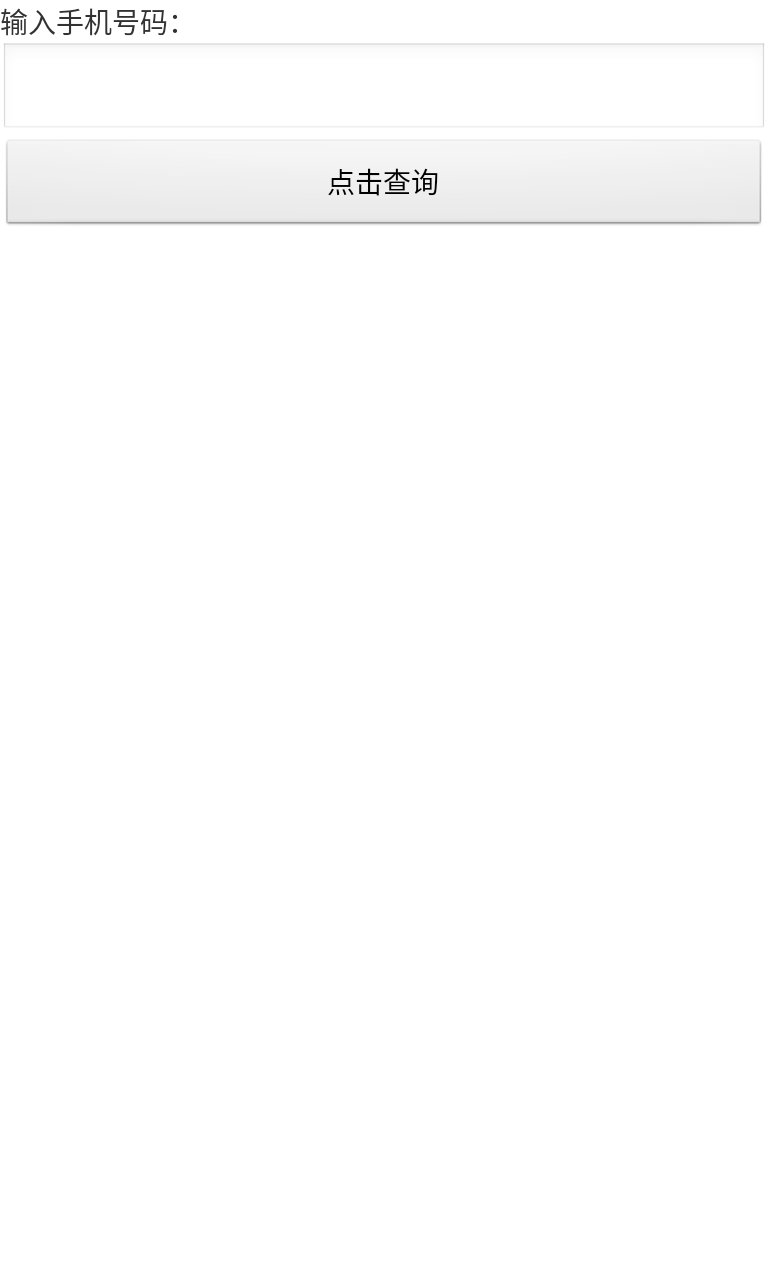
Repository: CrowleyLucky/AndroidLearningNotes
Layout: 15_MobileNumberQuery/res/layout/activity_main.xml
These files come from the project's save history. The layout is drawn as it stood at one moment and after the next save; the edit follows.
It is drawn on a 768 x 1280 px phone screen (xhdpi) without system bars, with theme AppTheme; the app's code is not run.

Above is the layout before, as saved 2014-02-28 08:10:03.

### 15_MobileNumberQuery/res/layout/activity_main.xml
<LinearLayout xmlns:android="http://schemas.android.com/apk/res/android"
    xmlns:tools="http://schemas.android.com/tools"
    android:layout_width="match_parent"
    android:layout_height="match_parent"
    android:orientation="vertical"
    tools:context=".MainActivity" >

    <TextView
        android:layout_width="wrap_content"
        android:layout_height="wrap_content"
        android:text="@string/prompt" />
    <EditText
        android:layout_width="match_parent"
        android:layout_height="wrap_content"
        android:inputType="numberSigned"
        android:id="@+id/tel"/>
    <Button
        android:layout_width="match_parent"
        android:layout_height="wrap_content"
        android:id="@+id/queryButton"
        android:text="@string/click_query"        />
    <TextView
        android:layout_height="wrap_content"
        android:layout_width="match_parent"
        android:gravity="center"
        android:id="@+id/belonging"
        android:textSize="15pt"/>

</LinearLayout>

### 15_MobileNumberQuery/res/values/strings.xml
<?xml version="1.0" encoding="utf-8"?>
<resources>

    <string name="app_name">手机归属地查询</string>
    <string name="action_settings">Settings</string>
    <string name="prompt">输入手机号码：</string>
    <string name="empty_tel">请填写电话号码！</string>
    <string name="click_query">点击查询</string>

</resources>

Loaded but not shown: 15_MobileNumberQuery/res/values/styles.xml (common file)

After the next save:
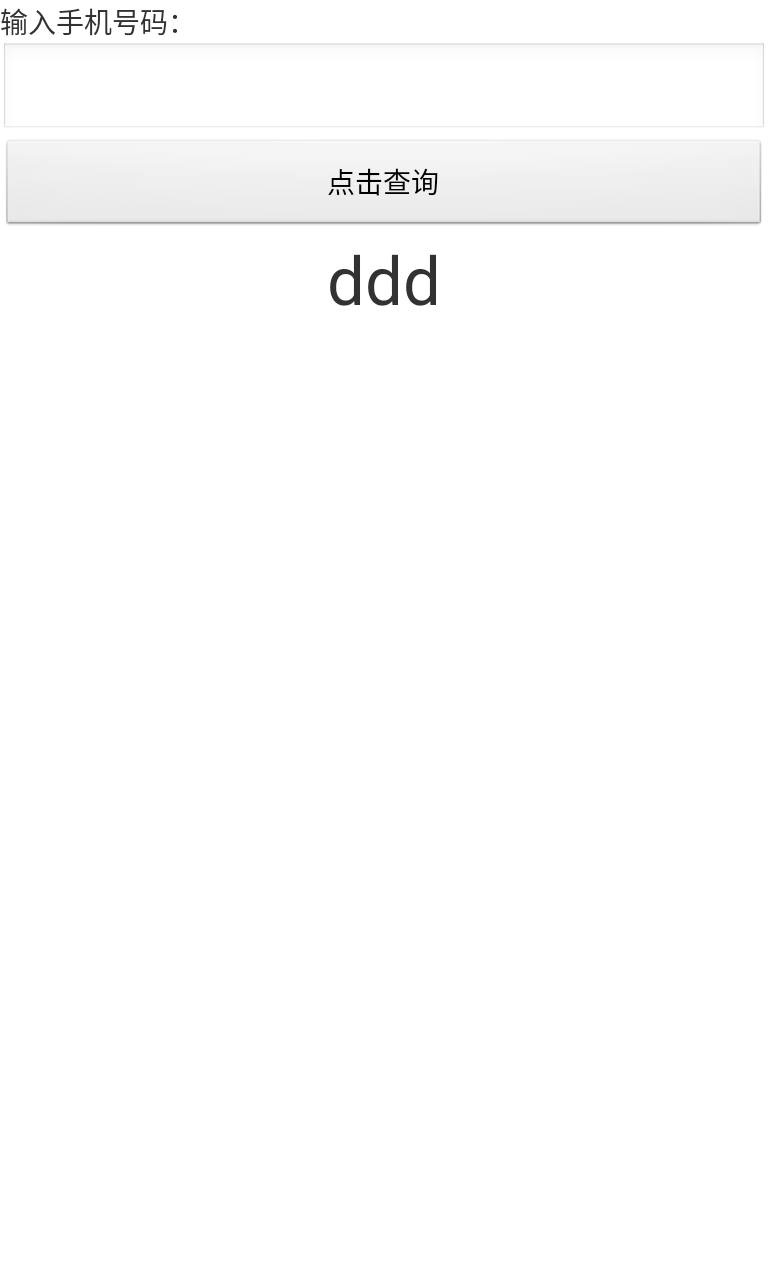
Saved 7 s later.
--- a/15_MobileNumberQuery/res/layout/activity_main.xml
+++ b/15_MobileNumberQuery/res/layout/activity_main.xml
@@ -23,7 +23,7 @@
         android:layout_height="wrap_content"
         android:layout_width="match_parent"
         android:gravity="center"
-        android:id="@+id/belonging"
+        android:id="@+id/belonging" android:text="ddd"
         android:textSize="15pt"/>
 
 </LinearLayout>

After the 2 saves that followed:
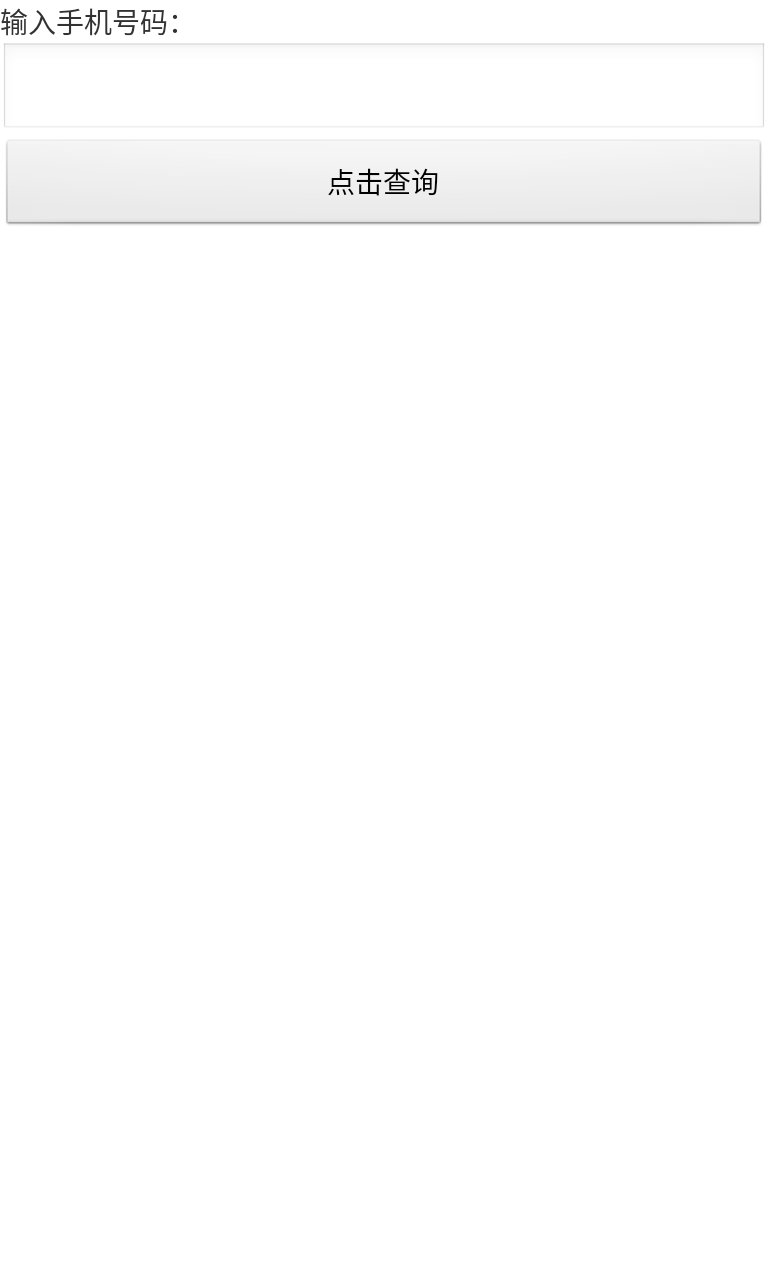
The 2 saves are shown as one change because they came seconds apart.
The last was saved 9 s later.
--- a/15_MobileNumberQuery/res/layout/activity_main.xml
+++ b/15_MobileNumberQuery/res/layout/activity_main.xml
@@ -23,7 +23,7 @@
         android:layout_height="wrap_content"
         android:layout_width="match_parent"
         android:gravity="center"
-        android:id="@+id/belonging" android:text="ddd"
+        android:id="@+id/belonging"
         android:textSize="15pt"/>
 
 </LinearLayout>
